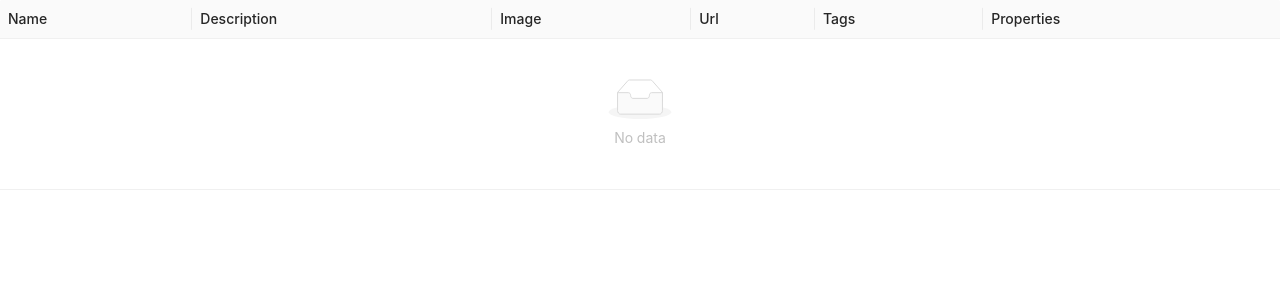
Repository: nitpfy/vote-applet
Page: / (app in table/)
The author's editor kept a copy of each file at every save. The page is drawn from the files as they stood at one save, then again after the next save.
The browser window is 1280 px wide. The pictures show the whole page.
The page's requests for data from a server got no answer. The project was rebuilt for these pictures with package versions that can differ from the ones it lists, and the page was loaded fresh each time. No one was signed in, and anything a server would have sent is missing.

Above is the page before, as saved 2022-01-20 00:43:22.

### table/public/index.html
<!DOCTYPE html>
<html lang="en">
  <head>
    <meta charset="utf-8" />
    <meta name="viewport" content="width=device-width, initial-scale=1" />
    <meta name="theme-color" content="#000000" />
    <meta
      name="description"
      content="Web site created using create-react-app"
    />

    <title>Table</title>
  </head>
  <body>
    <noscript>You need to enable JavaScript to run this app.</noscript>
    <div id="root"></div>
  </body>
</html>

### table/src/App.js
import React, { memo, useEffect, useState } from 'react';
import 'antd/dist/antd.css';
import { Table, Tag, Space, Modal, Button, Tooltip } from 'antd';
import {useAxios} from './hooks'

const Cpn = (props) => {
  const [isModalVisible, setIsModalVisible] = useState(false);

  const showModal = () => {
    setIsModalVisible(true);
  };

  const handleOk = () => {
    setIsModalVisible(false);
  };

  const handleCancel = () => {
    setIsModalVisible(false);
  };
  return (
    <>
      <Button type="primary" onClick={showModal}>
        {props.text}
      </Button>
      <Modal title="Basic Modal" visible={isModalVisible} onOk={handleOk} onCancel={handleCancel}>
        <p>Some contents...</p>
        <p>Some contents...</p>
        <p>Some contents...</p>
      </Modal>
    </>
  );
};

export default memo(function App() {
  const {data,loading,error} = useAxios({url:'http://www.mocky.io/v2/5ea28891310000358f1ef182'})
  const [datas, setdatas] = useState()
  useEffect(()=>{
    setdatas(data?.apis.map((it,idx)=>({...it,key:idx})))
  },[data])
  if(loading) return loading
  if(error) console.log('error:',error);

  console.log('datas:',datas);
  const columns = [
    {
      title: 'Name',
      dataIndex: 'name',
      key: 'name',
    },
    {
      title: 'Description',
      dataIndex: 'description',
      key: 'description',
      width:'300px',
      render: text => <Tooltip placement="topLeft" title={text}>{text}</Tooltip>,
      onCell: () => {
        return {
          style: {
            maxWidth: 300,
            overflow: 'hidden',
            whiteSpace: 'nowrap',
            textOverflow: 'ellipsis'
          }
        }
      },
    },
    {
      title: 'Image',
      dataIndex: 'image',
      key: 'image',
      render: img => <img src={img} alt='null'></img>,
    },
    {
      title: 'Url',
      dataIndex: 'baseURL',
      key: 'url',
      render: url => <a href={url}>{url}</a>,
    },
    {
      title: 'Tags',
      key: 'tags',
      dataIndex: 'tags',
      render: tags => (
        <>
          {tags.map(tag => {
            let color = tag.length > 5 ? 'geekblue' : 'green';
            return (
              <Tag color={color} key={tag}>
                {tag.toUpperCase()}
              </Tag>
            );
          })}
        </>
      ),
    },
    {
      title: 'Properties',
      key: 'properties',
      dataIndex: 'properties',
      render: (text, record) => (
        <button></button>
      ),
    },
  ];
  return (
  <div>
    <Table columns={columns} dataSource={datas} size="small"/>
  </div>
  );
});

### table/src/hooks.js
import React, { memo, useEffect,useState } from 'react';
import axios from 'axios';

export function useAxios(config){
  const [data, setdata] = useState()
  const [loading, setloading] = useState(true)
  const [error, seterror] = useState()
  const [i, setI] = useState(0)
  useEffect(() => {
    const CancelToken = axios.CancelToken
    const source = CancelToken.source()
    var req = axios({
      ...config,
      cancelToken: source.token,
    })
    req.then(res=>{
      setdata(res.data)
      setloading(false)
    }).catch(e=>{
      seterror('400:',e.toString())
      setloading(false)
    })
    return () => source.cancel()
  }, [config.url,i])
  function update(){
    setI(i+1)
  }
  return {data,loading,error,update}
}

Loaded but not shown: table/src/index.js (common file)

After the next save:
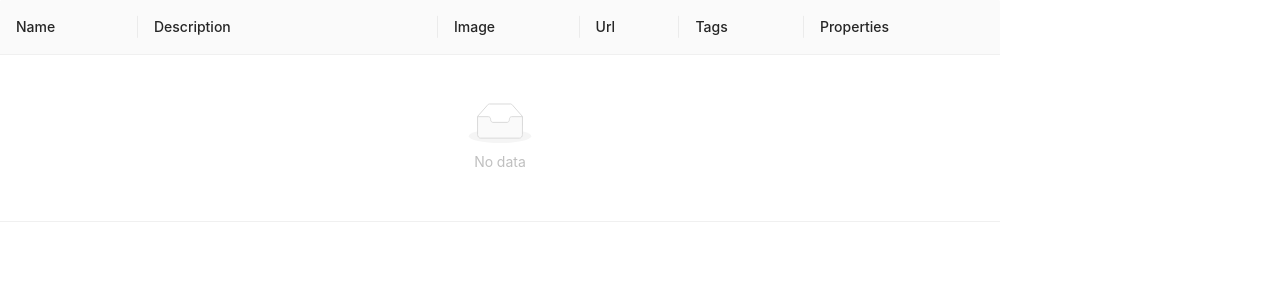
Saved 77 s later.
--- a/table/src/App.js
+++ b/table/src/App.js
@@ -103,8 +103,8 @@ export default memo(function App() {
     },
   ];
   return (
-  <div>
-    <Table columns={columns} dataSource={datas} size="small"/>
+  <div style={{width:'1000px'}}>
+    <Table columns={columns} dataSource={datas}/>
   </div>
   );
 });
